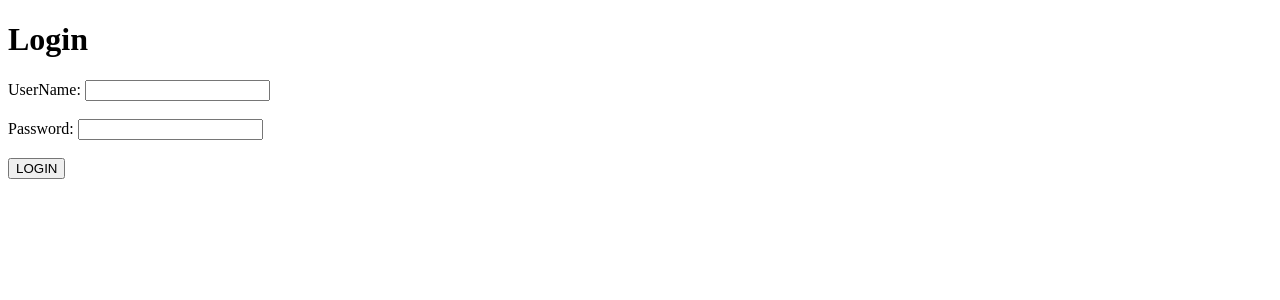
Repository: KnOX-07/eclipse-workspace
Page: LoginPage/src/main/webapp/login.html
The author's editor kept a copy of each file at every save. The page is drawn from the files as they stood at one save, then again after the next save.
The browser window is 1280 px wide. The pictures show the whole page.

Above is the page before, as saved 2024-08-07 06:24:05.

After the next save:
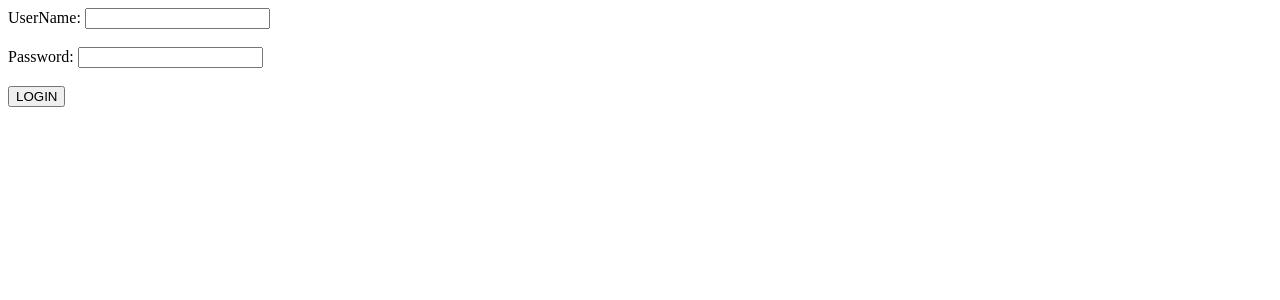
Saved 10 min 47 s later.
--- a/LoginPage/src/main/webapp/login.html
+++ b/LoginPage/src/main/webapp/login.html
@@ -5,7 +5,6 @@
 <title>Login Page</title>
 </head>
 <body>
-	<h1>Login</h1>
     <form action="LoginServlet" method="post">
         <label for="username">UserName:</label>
         <input type="text" id="username" name="username" required><br><br>
